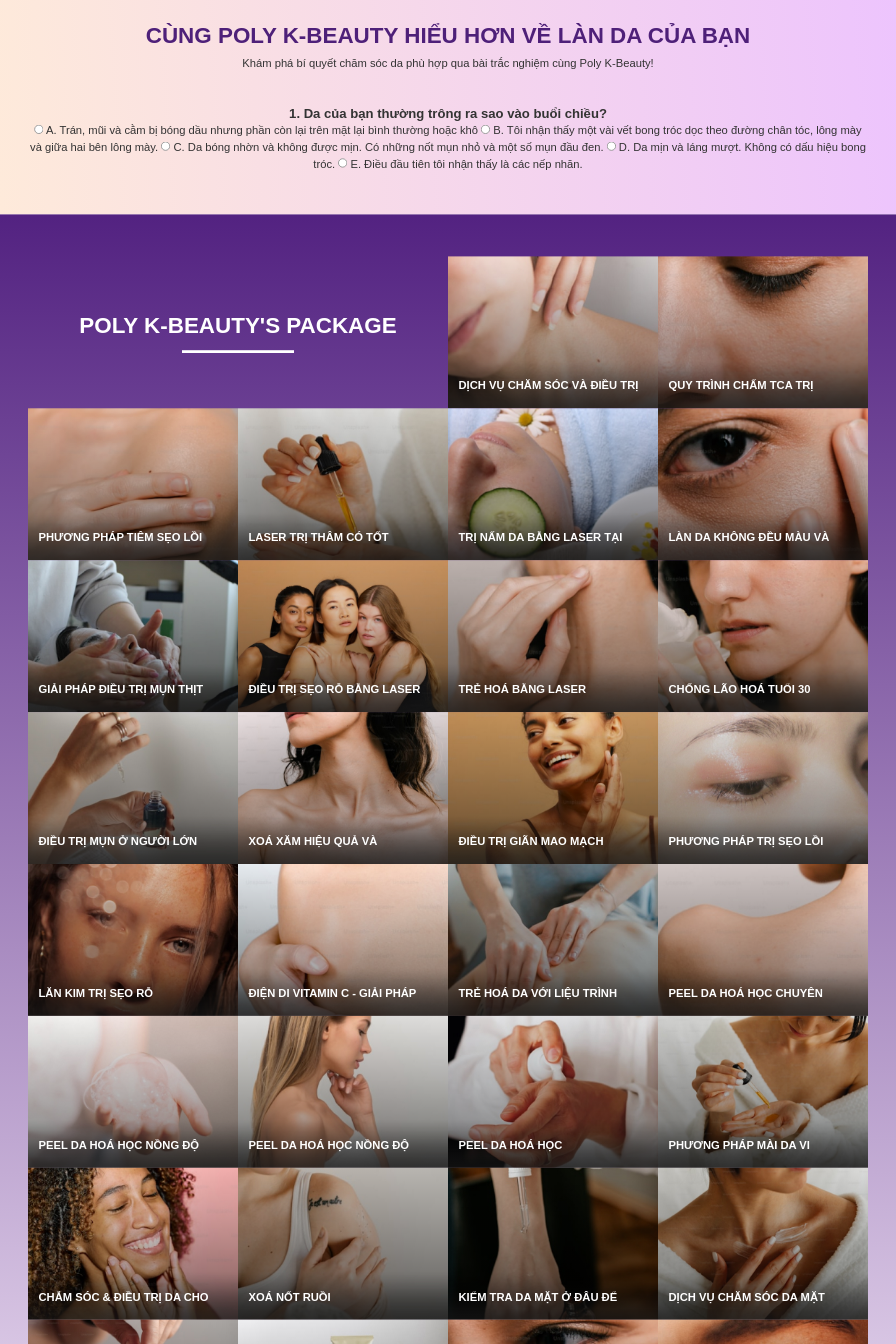
Repository: dinhtri123/k_beauty
Page: test.html
An editor plug-in stored every save of this project. The page is shown before and after the next save, followed by the edit.
The browser window is 1280 px wide. The pictures show the part of the page from y = 685 to 2605 px (the page is 4450 px tall before and 4546 px after), at 70% of full size.
Some web fonts or font styles are not loaded; a fallback is used.

Above is the page before, as saved 2024-12-25 14:09:52.

### test.html
<!DOCTYPE html>
<html lang="en">

<head>
  <meta charset="UTF-8">
  <meta name="viewport" content="width=device-width, initial-scale=1.0">
  <title>Home Page</title>
  <link rel="stylesheet" href="https://cdn.jsdelivr.net/npm/swiper@11/swiper-bundle.min.css" />
  <link rel="stylesheet" href="https://cdnjs.cloudflare.com/ajax/libs/font-awesome/6.7.2/css/all.min.css"
    integrity="sha512-Evv84Mr4kqVGRNSgIGL/F/aIDqQb7xQ2vcrdIwxfjThSH8CSR7PBEakCr51Ck+w+/U6swU2Im1vVX0SVk9ABhg=="
    crossorigin="anonymous" referrerpolicy="no-referrer" />
  <link rel="stylesheet" href="./css/style.css">
  <link rel="stylesheet" href="./css/test.css">
</head>

<body>
  <header>
    <div class="header-top-wrapper">
      <div class="container">
        <div class="header-top">
          <div class="header-top-left">
            <a href="mailto:caodang@fpt.edu.vn">
              <img src="./images/mail-outline.png" alt="">
              <span>caodang@fpt.edu.vn</span>
            </a>
            <p>
              <img src="./images/call-outline.png" alt="">
              <a href="tel:024 6327 6402">024 6327 6402</a>
              <span>|</span>
              <a href="tel: 0981 725 836"> 0981 725 836</a>
            </p>
          </div>
          <div class="header-top-right">
            <a href="">
              <img src="./images/Facebook.png" alt="">
            </a>
            <a href="">
              <img src="./images/YouTube.png" alt="">
            </a>
            <a href="">
              <img src="./images/TikTok.png" alt="">
            </a>
            <a href="">
              <img src="./images/Frame.png" alt="">
            </a>
          </div>
        </div>
      </div>
    </div>
    <div class="header-main container">
      <a href="" class="header-logo">
        <img src="./images/logo.png" alt="">
      </a>
      <nav class="header-nav">
        <ul class="header-menu">
          <li>
            <a href="">Trang chủ</a>
          </li>
          <li>
            <a href="">Giới thiệu
              <span>
                <img src="./images/arrow-bottom.png" alt="">
              </span>
            </a>
          </li>
          <li>
            <a href="">ngành đào tạo
              <span>
                <img src="./images/arrow-bottom.png" alt="">
              </span>
            </a>
          </li>
          <li>
            <a href="">ƯU đãi</a>
          </li>
          <li>
            <a href="">kiến thức da liễu cùng chuyên gia</a>
          </li>
          <li class="header-btn-close sm">
            <i class="fa-solid fa-xmark"></i>
          </li>
        </ul>
      </nav>
      <span class="header-btn-menu sm">
        <i class="fa-solid fa-bars"></i>
      </span>
    </div>
  </header>
  <main id="test">
    <section class="slider-hero">
      <div class="swiper hero-swiper">
        <div class="swiper-wrapper">
          <div class="swiper-slide">
            <img src="./images/image 1.jpg" alt="">
          </div>
          <div class="swiper-slide">
            <img src="./images/image 1.jpg" alt="">
          </div>
          <div class="swiper-slide">
            <img src="./images/image 1.jpg" alt="">
          </div>
        </div>
        <div class="hero-btn swiper-button-next">
          <i class="fa-solid fa-chevron-right"></i>
        </div>
        <div class="hero-btn swiper-button-prev">
          <i class="fa-solid fa-chevron-left"></i>
        </div>
        <div class="swiper-pagination"></div>
      </div>
    </section>
    <section class="befenit">
      <div class="container">
        <div class="befenit-inner">
          <h2>CÙNG POLY K-BEAUTY HIỂU HƠN VỀ LÀN DA CỦA BẠN</h2>
          <p>Khám phá bí quyết chăm sóc da phù hợp qua bài trắc nghiệm cùng Poly K-Beauty!</p>
          <div class="befenit-question">
            <div class="question-item">
              <h3>1. Da của bạn thường trông ra sao vào buổi chiều?</h3>
              <div class="question-option">
                <label for="question_1_opt_1">
                  <input type="radio" name="question_1" id="question_1_opt_1">
                  A. Trán, mũi và cằm bị bóng dầu nhưng phần còn lại trên mặt lại bình thường hoặc khô
                </label>
                <label for="question_1_opt_2">
                  <input type="radio" name="question_1" id="question_1_opt_2">
                  B. Tôi nhận thấy một vài vết bong tróc dọc theo đường chân tóc, lông mày và giữa hai bên lông mày.
                </label>
                <label for="question_1_opt_3">
                  <input type="radio" name="question_1" id="question_1_opt_3">
                  C. Da bóng nhờn và không được mịn. Có những nốt mụn nhỏ và một số mụn đầu đen.
                </label>
                <label for="question_1_opt_4">
                  <input type="radio" name="question_1" id="question_1_opt_4">
                  D. Da mịn và láng mượt. Không có dấu hiệu bong tróc.
                </label>
                <label for="question_1_opt_5">
                  <input type="radio" name="question_1" id="question_1_opt_5">
                  E. Điều đầu tiên tôi nhận thấy là các nếp nhăn.
                </label>
              </div>
            </div>
          </div>
        </div>
      </div>
    </section>
    <section class="package">
      <div class="container">
        <div class="package-inner">
          <h2>POLY K-BEAUTY'S PACKAGE <span class="line"></span></h2>
          <div class="package-item">
            <img src="./images/package_img1.jpg" alt="">
            <h3>Dịch vụ chăm sóc và điều trị</h3>
          </div>
          <div class="package-item">
            <img src="./images/package_img2.jpg" alt="">
            <h3>QUY TRÌNH CHẤM TCA TRỊ</h3>
          </div>
          <div class="package-item">
            <img src="./images/package_img3.jpg" alt="">
            <h3>PHƯƠNG PHÁP TIÊM SẸO LỒI</h3>
          </div>
          <div class="package-item">
            <img src="./images/package_img4.jpg" alt="">
            <h3>LASER TRỊ THÂM CÓ TỐT</h3>
          </div>
          <div class="package-item">
            <img src="./images/package_img5.jpg" alt="">
            <h3>TRỊ NẤM DA BẰNG LASER TẠI</h3>
          </div>
          <div class="package-item">
            <img src="./images/package_img6.jpg" alt="">
            <h3>LÀN DA KHÔNG ĐỀU MÀU VÀ</h3>
          </div>
          <div class="package-item">
            <img src="./images/package_img7.jpg" alt="">
            <h3>GIẢI PHÁP ĐIỀU TRỊ MỤN THỊT</h3>
          </div>
          <div class="package-item">
            <img src="./images/package_img8.jpg" alt="">
            <h3>ĐIỀU TRỊ SẸO RỖ BẰNG LASER</h3>
          </div>
          <div class="package-item">
            <img src="./images/package_img9.jpg" alt="">
            <h3>TRẺ HOÁ BẰNG LASER</h3>
          </div>
          <div class="package-item">
            <img src="./images/package_img10.jpg" alt="">
            <h3>CHỐNG LÃO HOÁ TUỔI 30</h3>
          </div>
          <div class="package-item">
            <img src="./images/package_img11.jpg" alt="">
            <h3>ĐIỀU TRỊ MỤN Ở NGƯỜI LỚN</h3>
          </div>
          <div class="package-item">
            <img src="./images/package_img12.jpg" alt="">
            <h3>XOÁ XĂM HIỆU QUẢ VÀ</h3>
          </div>
          <div class="package-item">
            <img src="./images/package_img13.jpg" alt="">
            <h3>ĐIỀU TRỊ GIÃN MAO MẠCH</h3>
          </div>
          <div class="package-item">
            <img src="./images/package_img14.jpg" alt="">
            <h3>PHƯƠNG PHÁP TRỊ SẸO LỒI</h3>
          </div>
          <div class="package-item">
            <img src="./images/package_img15.jpg" alt="">
            <h3>LĂN KIM TRỊ SẸO RỖ</h3>
          </div>
          <div class="package-item">
            <img src="./images/package_img16.jpg" alt="">
            <h3>ĐIỆN DI VITAMIN C - GIẢI PHÁP</h3>
          </div>
          <div class="package-item">
            <img src="./images/package_img17.jpg" alt="">
            <h3>TRẺ HOÁ DA VỚI LIỆU TRÌNH</h3>
          </div>
          <div class="package-item">
            <img src="./images/package_img18.jpg" alt="">
            <h3>PEEL DA HOÁ HỌC CHUYÊN</h3>
          </div>
          <div class="package-item">
            <img src="./images/package_img19.jpg" alt="">
            <h3>PEEL DA HOÁ HỌC NỒNG ĐỘ</h3>
          </div>
          <div class="package-item">
            <img src="./images/package_img20.jpg" alt="">
            <h3>PEEL DA HOÁ HỌC NỒNG ĐỘ</h3>
          </div>
          <div class="package-item">
            <img src="./images/package_img21.jpg" alt="">
            <h3>PEEL DA HOÁ HỌC</h3>
          </div>
          <div class="package-item">
            <img src="./images/package_img22.jpg" alt="">
            <h3>PHƯƠNG PHÁP MÀI DA VI</h3>
          </div>
          <div class="package-item">
            <img src="./images/package_img23.jpg" alt="">
            <h3>CHẮM SÓC & ĐIỀU TRỊ DA CHO</h3>
          </div>
          <div class="package-item">
            <img src="./images/package_img24.jpg" alt="">
            <h3>XOÁ NỐT RUỒI</h3>
          </div>
          <div class="package-item">
            <img src="./images/package_img25.jpg" alt="">
            <h3>KIỂM TRA DA MẶT Ở ĐÂU ĐỂ</h3>
          </div>
          <div class="package-item">
            <img src="./images/package_img26.jpg" alt="">
            <h3>DỊCH VỤ CHĂM SÓC DA MẶT</h3>
          </div>
          <div class="package-item">
            <img src="./images/package_img27.jpg" alt="">
            <h3>MỤN LÀ CHUYỆN NHỎ VỚI</h3>
          </div>
          <div class="package-item">
            <img src="./images/package_img28.jpg" alt="">
            <h3>TÌM LẠI LÀN DA MỊN MÀNG VỚI</h3>
          </div>
          <div class="package-item">
            <img src="./images/package_img29.jpg" alt="">
            <h3>ĐỐT MỤN THỊT, U VÀNG</h3>
          </div>
          <div class="package-item">
            <img src="./images/package_img30.jpg" alt="">
            <h3>ĐIỀU TRỊ MỤN TRỨNG CÁ DỨT</h3>
          </div>
          <div class="package-item">
            <img src="./images/package_img31.jpg" alt="">
            <h3>TRIỆT LÔNG VĨNH VIỄN</h3>
          </div>
          <div class="package-item">
            <img src="./images/package_img32.jpg" alt="">
            <h3>NÁM DA VÀ RỐI LOẠN SẮC TỐ</h3>
          </div>
          <div class="package-item">
            <img src="./images/package_img33.jpg" alt="">
            <h3>LIỆU TRÌNH TRẺ HOÁ DA LÀM</h3>
          </div>
          <div class="package-item">
            <img src="./images/package_img34.jpg" alt="">
            <h3>ĐIỀU TRỊ TRỊ MỤN</h3>
          </div>
        </div>
      </div>
    </section>
    <section class="form-bottom">
      <div class="container">
        <div class="form-inner">
          <div class="form-text">
            <h2>Tìm hiểu chương trình tại Poly K-Beauty và nhận tư vấn ngay!</h2>
            <button>Đăng ký ngay</button>
          </div>
          <div class="form-img">
            <img src="./images/form-img.png" alt="">
          </div>
        </div>
      </div>
    </section>
  </main>
  <footer>
    <div class="container">
      <div class="footer-wrapper">
        <div class="footer-left">
          <div class="footer-logo">
            <img src="./images/logo-footer.png" alt="">
          </div>
          <div class="footer-social">
            <a href="#">
              <img src="./images/icon-fb.png" alt="">
            </a>
            <a href="#">
              <img src="./images/icon-ytb.png" alt="">
            </a>
            <a href="#">
              <img src="./images/icon-tiktok.png" alt="">
            </a>
            <a href="#">
              <img src="./images/icon-wiki.png" alt="">
            </a>
          </div>
          <div class="footer-contact">
            <h3>THÔNG TIN LIÊN HỆ</h3>
            <ul>
              <li>Điện thoại: (024) 7300 1955</li>
              <li>Email: caodang@fpt.edu.vn</li>
            </ul>
          </div>
        </div>
        <div class="footer-right">
          <h3>HỆ THỐNG VĂN PHÒNG TUYỂN SINH</h3>
          <div class="footer-local">
            <div class="local-item">
              <h4>Cơ sở Hà Nội</h4>
              <ul>
                <li><span><ion-icon name="location-outline"></ion-icon></span> Cổng số 1, Tòa nhà FPT
                  Polytechnic, 13 phố Trịnh Văn Bô, phường Phương Canh, quận Nam Từ Liêm, TP Hà Nội
                  Km12
                  Cầu Diễn, Phường Phúc Diễn, Quận Bắc Từ Liêm, Hà Nội</li>
                <li><span><ion-icon name="call-outline"></ion-icon></span>(024) 8582 0808</li>
              </ul>
            </div>
            <div class="local-item">
              <h4>Cơ sở Hồ Chí Minh</h4>
              <ul>
                <li><span><ion-icon name="location-outline"></ion-icon></span> Tòa nhà QTSC9 (toà T),
                  đường
                  Tô Ký, phường Tân Chánh Hiệp, quận 12, TP HCM.</li>
                <li><span><ion-icon name="location-outline"></ion-icon></span> 778/B1 Nguyễn Kiệm,
                  phường
                  04, quận Phú Nhuận, TP HCM
                  0901 660 002 – 028 6686 6486</li>
              </ul>
            </div>
            <div class="local-item">
              <h4>Cơ sở Thái Nguyên</h4>
              <ul>
                <li><span><ion-icon name="location-outline"></ion-icon></span> Tòa nhà FPT Polytechnic,
                  đường đê Mỏ Bạch, tổ 10, phường Quyết Thắng, TP Thái Nguyên, tỉnh Thái Nguyên</li>
                <li><span><ion-icon name="location-outline"></ion-icon></span> 091 532 9213</li>
              </ul>
            </div>
            <div class="local-item">
              <h4>Cơ sở Đà Nẵng</h4>
              <ul>
                <li><span><ion-icon name="location-outline"></ion-icon></span> 219 Nguyễn Sinh Sắc,
                  phường
                  Hoà Minh, quận Liên Chiểu, TP Đà Nẵng</li>
                <li><span><ion-icon name="location-outline"></ion-icon></span> 023 6371 0999 – 094 302
                  5282
                </li>
              </ul>
            </div>
            <div class="local-item">
              <h4>Cơ sở Hải Phòng</h4>
              <ul>
                <li><span><ion-icon name="location-outline"></ion-icon></span> 271 Lê Thánh Tông, phường
                  Máy
                  Chai, quận Ngô Quyền, TP Hải Phòng</li>
                <li><span><ion-icon name="location-outline"></ion-icon></span> 0915431313</li>
              </ul>
            </div>
            <div class="local-item">
              <h4>Cơ sở Quy Nhơn</h4>
              <ul>
                <li><span><ion-icon name="location-outline"></ion-icon></span> 107A Thanh Niên, phường
                  Quang
                  Trung, TP Quy Nhơn, tỉnh Bình Định</li>
                <li><span><ion-icon name="location-outline"></ion-icon></span> 039 404 4568</li>
              </ul>
            </div>
            <div class="local-item">
              <h4>Cơ sở Hà Nam</h4>
              <ul>
                <li><span><ion-icon name="location-outline"></ion-icon></span> Tổ hợp Giáo dục FPT,
                  Unischool, Khu Đại học Nam Cao, Phường Hoàng Đông, Thị xã Duy Tiên, Hà Nam</li>
                <li><span><ion-icon name="location-outline"></ion-icon></span> 0911 968 213</li>
              </ul>
            </div>
            <div class="local-item">
              <h4>Cơ sở Tây Nguyên</h4>
              <ul>
                <li><span><ion-icon name="location-outline"></ion-icon></span> Số 300, 6 Đường Hà Huy
                  Tập,
                  Tổ dân phố 8, phường Tân An, TP Buôn Ma Thuột, Đắk Lắk</li>
                <li><span><ion-icon name="location-outline"></ion-icon></span> 026 2355 5678</li>
              </ul>
            </div>
            <div class="local-item">
              <h4>Cơ sở Thanh Hoá</h4>
              <ul>
                <li><span><ion-icon name="location-outline"></ion-icon></span> Tòa Beta, Tổ hợp giáo dục
                  FPT, Đại lộ Võ Nguyên Giáp, phường Quảng Thành, TP Thanh Hóa</li>
                <li><span><ion-icon name="location-outline"></ion-icon></span> 091 378 5213</li>
              </ul>
            </div>
            <div class="local-item">
              <h4>Cơ sở Đồng Nai</h4>
              <ul>
                <li><span><ion-icon name="location-outline"></ion-icon></span> 193 Đỗ Văn Thi, phường
                  Hiệp
                  Hòa, TP Biên Hòa, tỉnh Đồng Nai</li>
                <li><span><ion-icon name="location-outline"></ion-icon></span> 0345 690 031 – 0989 871
                  031
                </li>
              </ul>
            </div>
            <div class="local-item">
              <h4>Cơ sở Cần Thơ</h4>
              <ul>
                <li><span><ion-icon name="location-outline"></ion-icon></span> Toà nhà FPT Polytechnic,
                  đường số 22, phường Thường Thạnh, quận Cái Răng, TP Cần Thơ</li>
                <li><span><ion-icon name="location-outline"></ion-icon></span> 098 388 1100 – 091 2823
                  492
                </li>
              </ul>
            </div>
          </div>
        </div>
      </div>
    </div>
  </footer>
</body>

<script src="https://cdn.jsdelivr.net/npm/swiper@11/swiper-bundle.min.js"></script>

<script>
  var swiper = new Swiper(".hero-swiper", {
    loop: true,
    navigation: {
      nextEl: ".swiper-button-next",
      prevEl: ".swiper-button-prev",
    },
    pagination: {
      el: ".swiper-pagination",
    },
  });
</script>
<script src="./index.js"></script>

</html>

Loaded but not shown: index.js (22 lines, source omitted); css/style.css (697 lines, source omitted); css/test.css (empty)

After the next save:
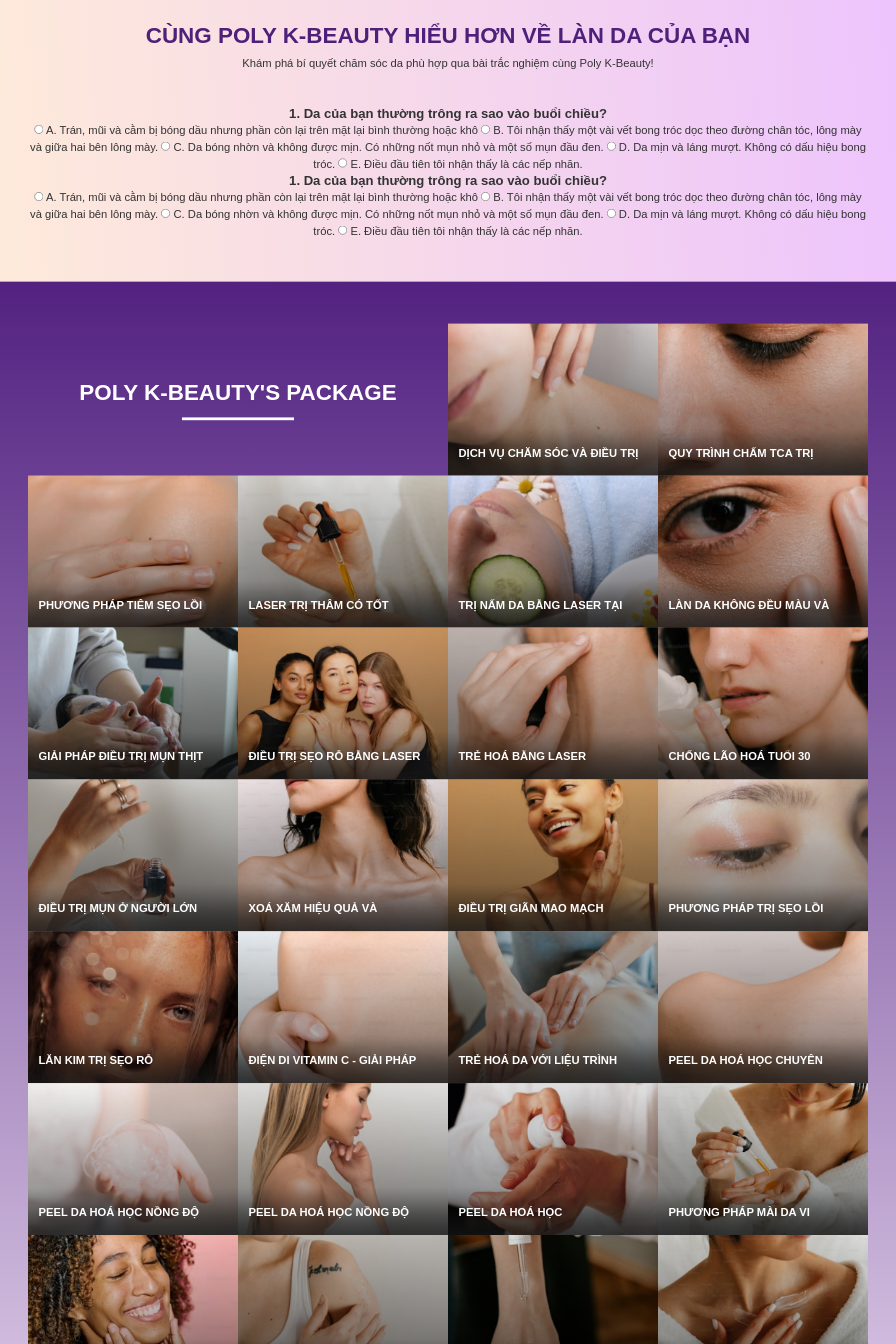
Saved 14 s later.
--- a/test.html
+++ b/test.html
@@ -140,6 +140,31 @@
                 </label>
               </div>
             </div>
+            <div class="question-item">
+              <h3>1. Da của bạn thường trông ra sao vào buổi chiều?</h3>
+              <div class="question-option">
+                <label for="question_1_opt_1">
+                  <input type="radio" name="question_1" id="question_1_opt_1">
+                  A. Trán, mũi và cằm bị bóng dầu nhưng phần còn lại trên mặt lại bình thường hoặc khô
+                </label>
+                <label for="question_1_opt_2">
+                  <input type="radio" name="question_1" id="question_1_opt_2">
+                  B. Tôi nhận thấy một vài vết bong tróc dọc theo đường chân tóc, lông mày và giữa hai bên lông mày.
+                </label>
+                <label for="question_1_opt_3">
+                  <input type="radio" name="question_1" id="question_1_opt_3">
+                  C. Da bóng nhờn và không được mịn. Có những nốt mụn nhỏ và một số mụn đầu đen.
+                </label>
+                <label for="question_1_opt_4">
+                  <input type="radio" name="question_1" id="question_1_opt_4">
+                  D. Da mịn và láng mượt. Không có dấu hiệu bong tróc.
+                </label>
+                <label for="question_1_opt_5">
+                  <input type="radio" name="question_1" id="question_1_opt_5">
+                  E. Điều đầu tiên tôi nhận thấy là các nếp nhăn.
+                </label>
+              </div>
+            </div>
           </div>
         </div>
       </div>
